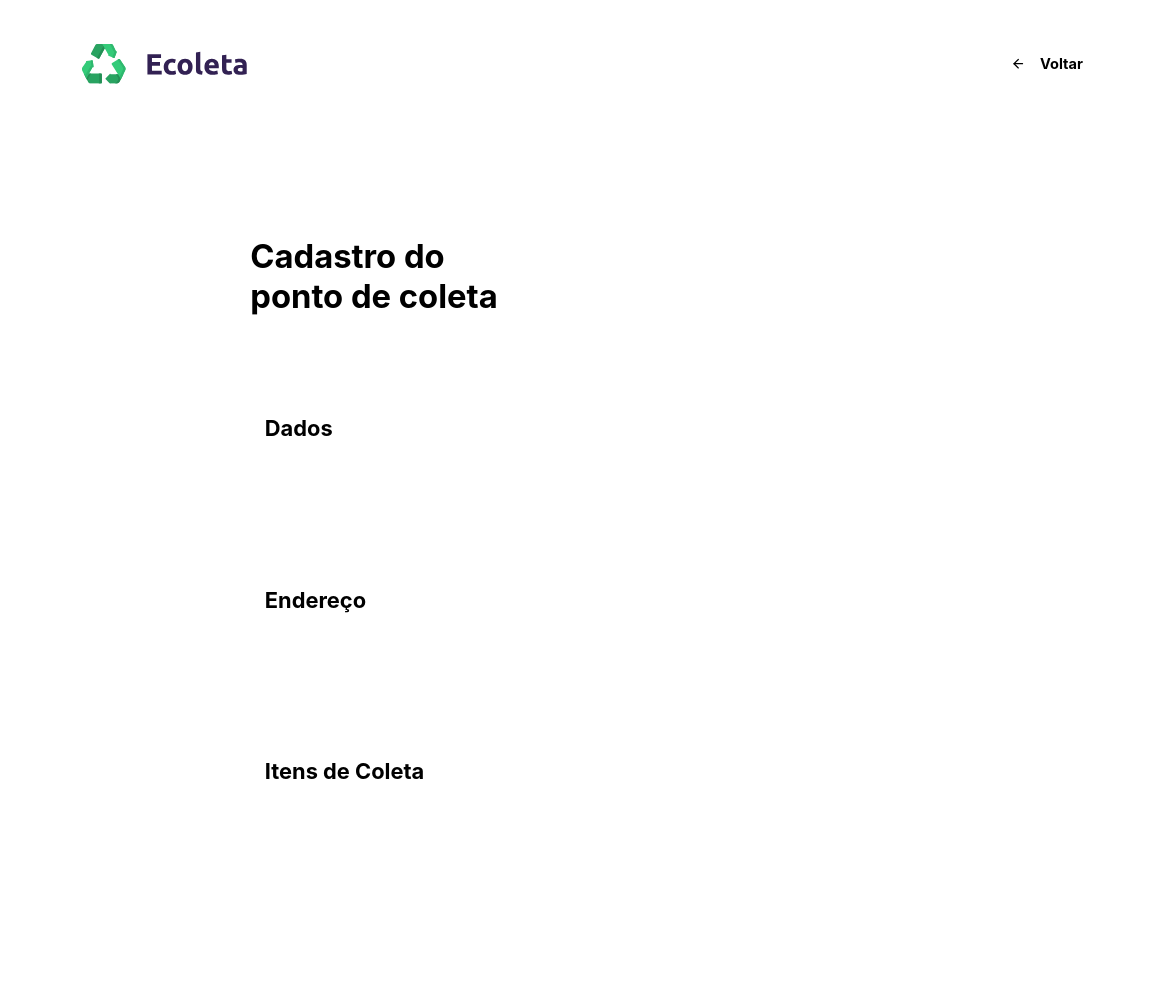
Repository: johnnedemoraesrocha/nlw-o1
Page: /create-point (app in web/)
An editor plug-in stored every save of this project. The page is shown before and after the next save, followed by the edit.
The browser window is 1280 px wide. The pictures show the whole page, at 91% of full size.
The project was rebuilt for these pictures with package versions that can differ from the ones it lists, and the page was loaded fresh each time. Also part of the build but not shown: web/src/App.css, web/src/pages/Home/Home.css, web/src/pages/Home/index.tsx.

Above is the page before, as saved 2020-06-03 22:41:19.

### web/public/index.html
<!DOCTYPE html>
<html lang="en">
  <head>
    <meta charset="utf-8" />
    <link rel="icon" href="%PUBLIC_URL%/favicon.ico" />
    <meta name="viewport" content="width=device-width, initial-scale=1" />
    <meta name="theme-color" content="#34CB79" />
    <meta
      name="description"
      content="Web site created using create-react-app"
    />
    <link rel="apple-touch-icon" href="%PUBLIC_URL%/logo192.png" />
    <!--
      manifest.json provides metadata used when your web app is installed on a
      user's mobile device or desktop. See https://developers.google.com/web/fundamentals/web-app-manifest/
    -->
    <!--<link rel="manifest" href="%PUBLIC_URL%/manifest.json" />-->
    <!--
      Notice the use of %PUBLIC_URL% in the tags above.
      It will be replaced with the URL of the `public` folder during the build.
      Only files inside the `public` folder can be referenced from the HTML.

      Unlike "/favicon.ico" or "favicon.ico", "%PUBLIC_URL%/favicon.ico" will
      work correctly both with client-side routing and a non-root public URL.
      Learn how to configure a non-root public URL by running `npm run build`.
    -->
    <title>Ecoleta</title>
  </head>
  <body>
    <noscript>You need to enable JavaScript to run this app.</noscript>
    <div id="root"></div>

  </body>
</html>

### web/src/App.tsx
import React, { useState } from 'react';
//import ReactDOM from 'react-dom';
import logo from './logo.svg';
import './App.css';

//import Header from './Header';
import Routes from './routes';

function App() {

  return (
    <div>
      <Routes  />
    </div>
  );
}

export default App;

### web/src/routes.tsx
import React from 'react';
import { Route, BrowserRouter } from 'react-router-dom';

import Home from './pages/Home';
import CreatePoint from './pages/CreatePoint';

const Routes = () => {
    return (
        <BrowserRouter>
            <Route component={Home} path="/" exact/>
            <Route component={CreatePoint} path="/create-point"/>
        </BrowserRouter>
    )
}
export default Routes;

### web/src/pages/CreatePoint/index.tsx
import React from 'react';
import { Link } from 'react-router-dom';
import { FiArrowLeft } from 'react-icons/fi';

import './CreatePoint.css';

import logo from '../../assets/logo.svg';

const CreatePoint = () => {
    return (
        <div id="page-create-point">
            <header>
                <img src={logo} alt="Ecoleta"></img>
                <Link to="/">
                    <FiArrowLeft />
                    Voltar
                </Link>
            </header>

            <form>
                <h1>Cadastro do <br/> ponto de coleta</h1>

                <fieldset>
                    <legend>
                        <h2>Dados</h2>
                    </legend>
                </fieldset>

                <fieldset>
                    <legend>
                        <h2>Endereço</h2>
                    </legend>
                </fieldset>

                <fieldset>
                    <legend>
                        <h2>Itens de Coleta</h2>
                    </legend>
                </fieldset>
            </form>

        </div>
    )
}

export default CreatePoint;

### web/src/pages/CreatePoint/CreatePoint.css
#page-create-point {
  width: 100%;
  max-width: 1100px;

  margin: 0 auto;
}

#page-create-point header {
  margin-top: 48px;

  display: flex;
  justify-content: space-between;
  align-items: center;
}

#page-create-point header a {
  color: var(--title-color);
  font-weight: bold;
  text-decoration: none;

  display: flex;
  align-items: center;
}

#page-create-point header a svg {
  margin-right: 16px;
  color: var(--primary-color);
}

#page-create-point form {
  margin: 80px auto;
  padding: 64px;
  max-width: 730px;
  background: #FFF;
  border-radius: 8px;

  display: flex;
  flex-direction: column;
}

#page-create-point form h1 {
  font-size: 36px;
}

#page-create-point form fieldset {
  margin-top: 64px;
  min-inline-size: auto;
  border: 0;
}

#page-create-point form legend {
  width: 100%;
  display: flex;
  justify-content: space-between;
  align-items: center;
  margin-bottom: 40px;
}

#page-create-point form legend h2 {
  font-size: 24px;
}

#page-create-point form legend span {
  font-size: 14px;
  font-weight: normal;
  color: var(--text-color);
}

#page-create-point form .field-group {
  flex: 1;
  display: flex;
}

#page-create-point form .field {
  flex: 1;

  display: flex;
  flex-direction: column;
  margin-bottom: 24px;
}

#page-create-point form .field input[type=text],
#page-create-point form .field input[type=email],
#page-create-point form .field input[type=number] {
  flex: 1;
  background: #F0F0F5;
  border-radius: 8px;
  border: 0;
  padding: 16px 24px;
  font-size: 16px;
  color: #6C6C80;
}

#page-create-point form .field select {
  -webkit-appearance: none;
  -moz-appearance: none;
  appearance: none;
  flex: 1;
  background: #F0F0F5;
  border-radius: 8px;
  border: 0;
  padding: 16px 24px;
  font-size: 16px;
  color: #6C6C80;
}

#page-create-point form .field input::placeholder {
  color: #A0A0B2;
}

#page-create-point form .field label {
  font-size: 14px;
  margin-bottom: 8px;
}

#page-create-point form .field :disabled {
  cursor: not-allowed;
}

#page-create-point form .field-group .field + .field {
  margin-left: 24px;
}

#page-create-point form .field-group input + input {
  margin-left: 24px;
}

#page-create-point form .field-check {
  flex-direction: row;
  align-items: center;
}

#page-create-point form .field-check input[type=checkbox] {
  background: #F0F0F5;
}

#page-create-point form .field-check label {
  margin: 0 0 0 8px;
}

#page-create-point form .leaflet-container {
  width: 100%;
  height: 350px;
  border-radius: 8px;
  margin-bottom: 24px;
}

#page-create-point form button {
  width: 260px;
  height: 56px;
  background: var(--primary-color);
  border-radius: 8px;
  color: #FFF;
  font-weight: bold;
  font-size: 16px;
  border: 0;
  align-self: flex-end;
  margin-top: 40px;
  transition: background-color 0.2s;
  cursor: pointer;
}

#page-create-point form button:hover {
  background: #2FB86E;
}

.items-grid {
  display: grid;
  grid-template-columns: repeat(3, 1fr);
  gap: 16px;
  list-style: none;
}

.items-grid li {
  background: #f5f5f5;
  border: 2px solid #f5f5f5;
  height: 180px;
  border-radius: 8px;
  padding: 32px 24px 16px;

  display: flex;
  flex-direction: column;
  justify-content: space-between;
  align-items: center;

  text-align: center;

  cursor: pointer;
}

.items-grid li span {
  flex: 1;
  margin-top: 12px;

  display: flex;
  align-items: center;
  color: var(--title-color)
}

.items-grid li.selected {
  background: #E1FAEC;
  border: 2px solid #34CB79;
}

Loaded but not shown: web/src/index.tsx (common file); web/src/index.css (common file)

After the next save:
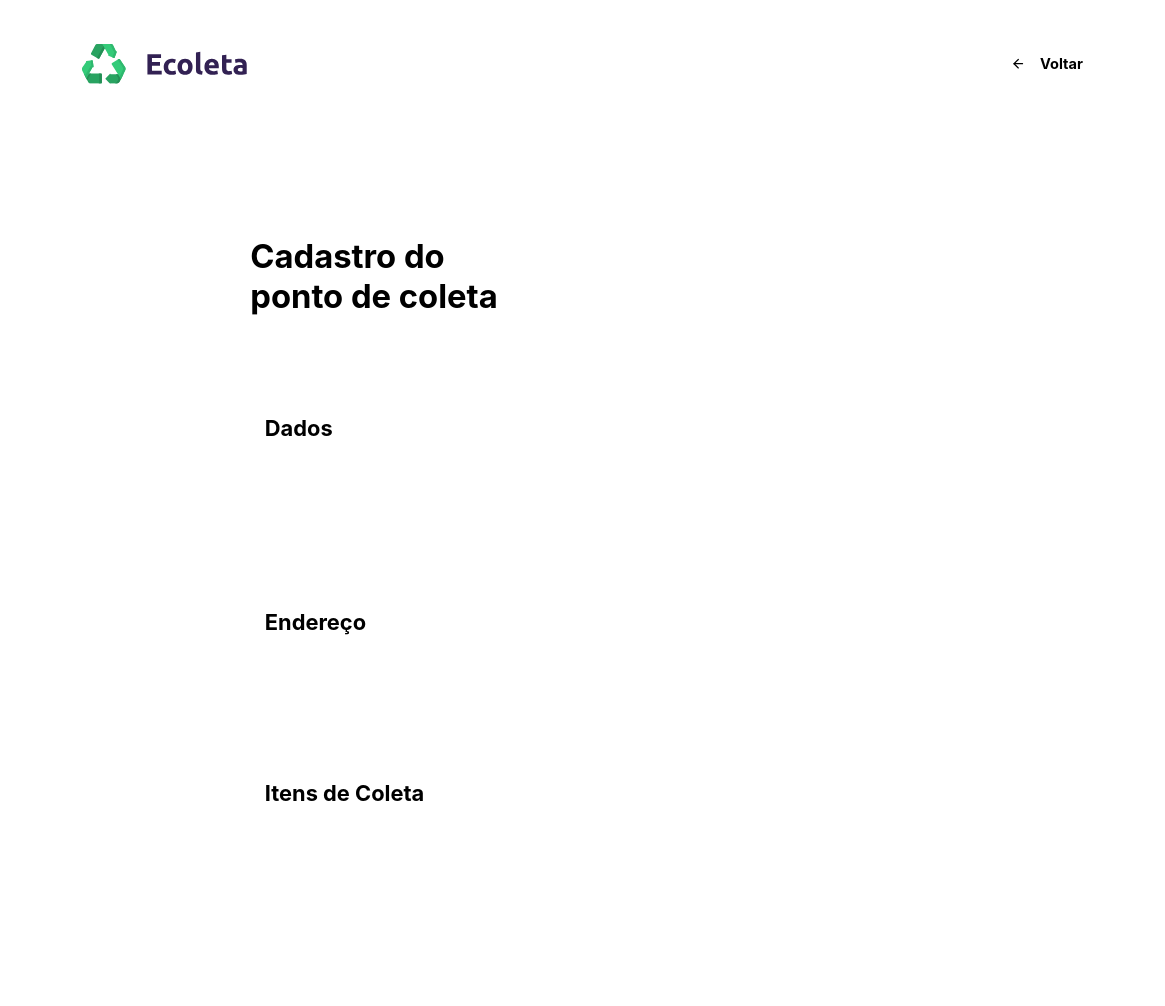
Saved 29 s later.
--- a/web/src/pages/CreatePoint/index.tsx
+++ b/web/src/pages/CreatePoint/index.tsx
@@ -24,6 +24,8 @@ const CreatePoint = () => {
                     <legend>
                         <h2>Dados</h2>
                     </legend>
+
+                    <div className="field"></div>
                 </fieldset>
 
                 <fieldset>
